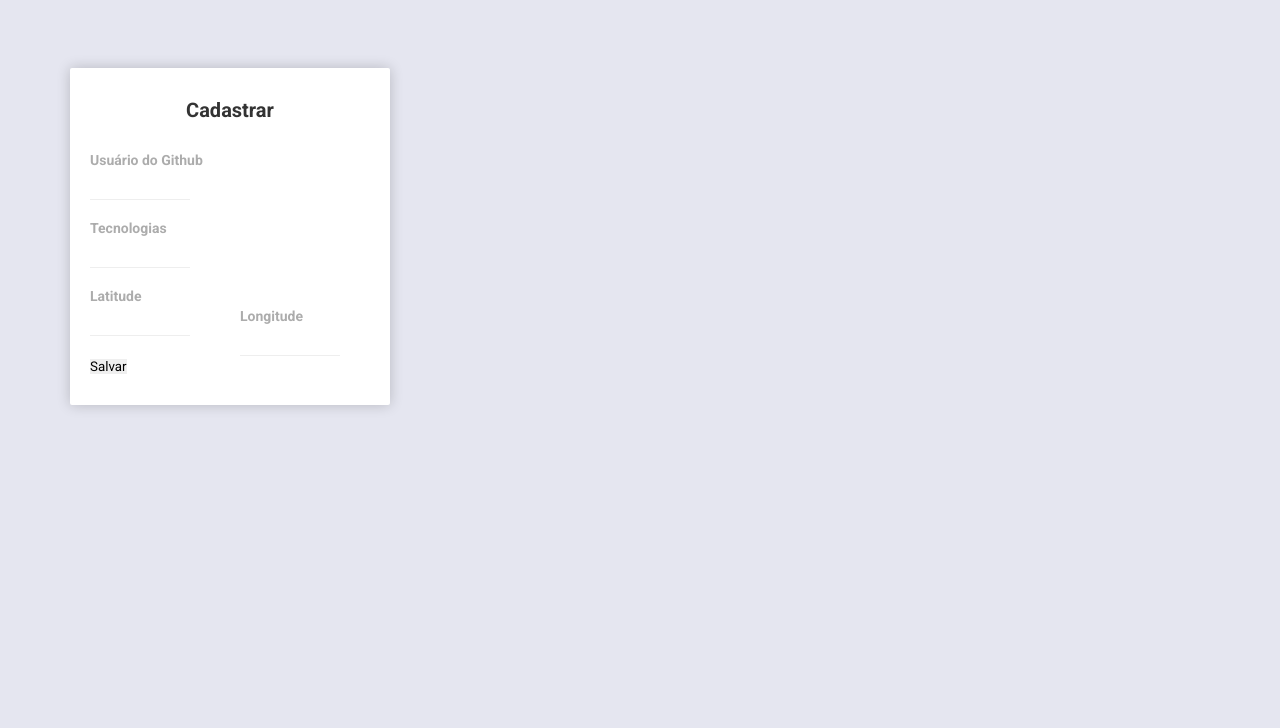
Repository: Jonatas-Castro/react_frontend
Page: /
These files come from the project's save history. The page is drawn as it stood at one moment and after the next save; the edit follows.
The browser window is 1280 px wide. The pictures show the whole page.
The project was rebuilt for these pictures with package versions that can differ from the ones it lists, and the page was loaded fresh each time. Also part of the build but not shown: src/Mean.css.

Above is the page before, as saved 2020-01-16 15:15:19.

After the next save:
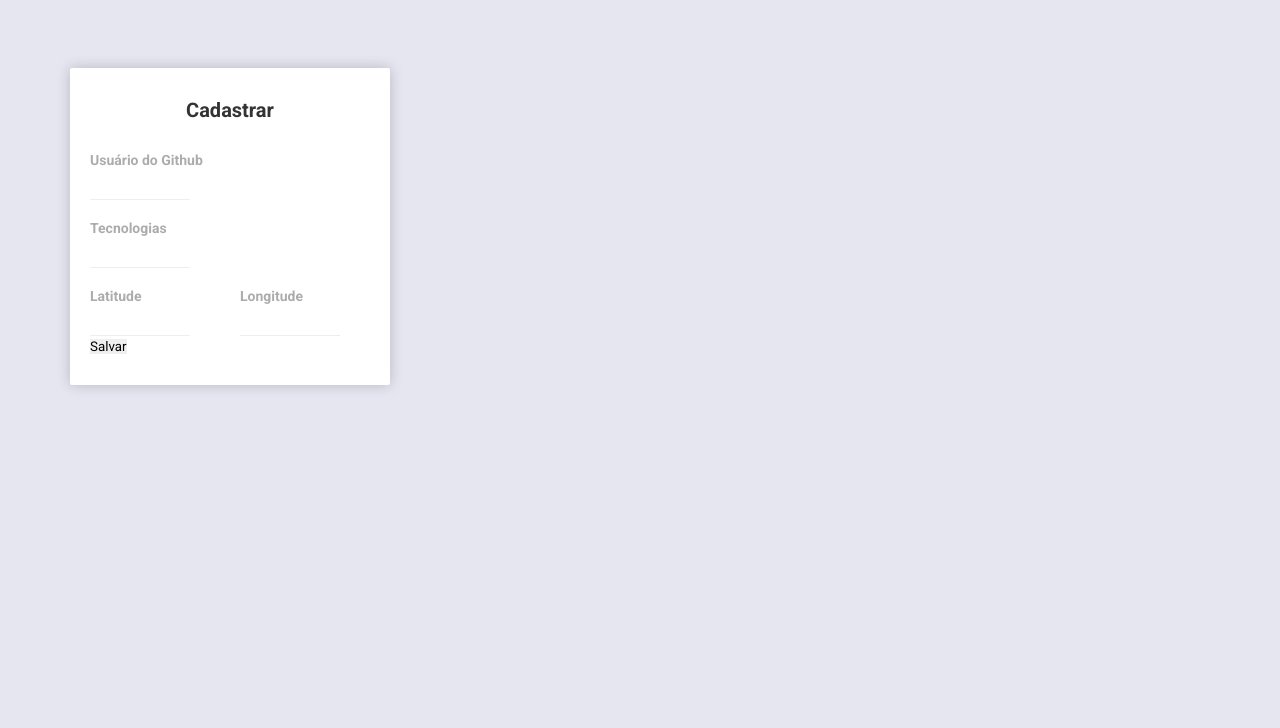
Saved 67 s later.
--- a/src/Sidebar.css
+++ b/src/Sidebar.css
@@ -26,6 +26,10 @@ aside form .input-group{
     grid-template-columns: 1fr 1fr;
 }
 
+aside form .input-group .input-block{
+    margin-top: 0px;
+}
+
 aside form .input-block label{
     color:#acacac;
     font-size: 14px;
